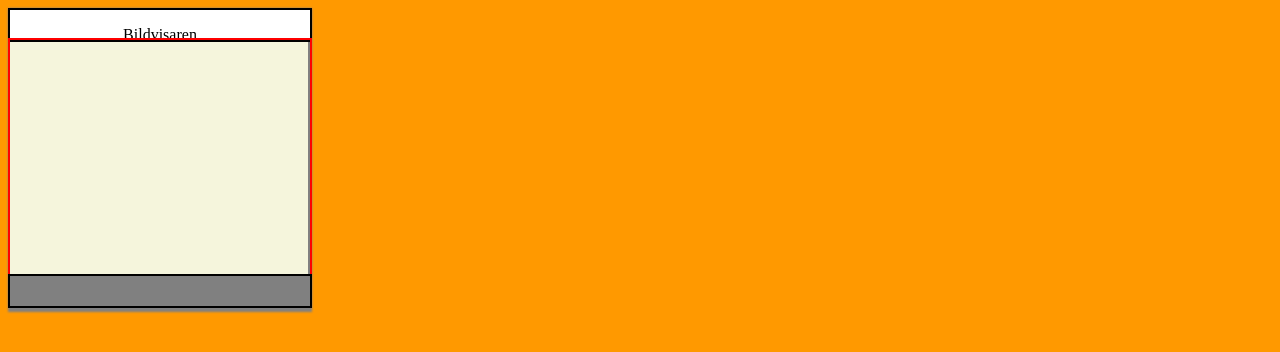
Repository: mi222ep/1dv403-laborationer
Page: 5-projektet/index.html
The author's editor kept a record of every edit. The page is drawn from the files as they stood at one moment, then again after the next edit.
The browser window is 1280 px wide. The pictures show the whole page.
The page's requests for data from a server got no answer.

Above is the page before.

After the next edit:
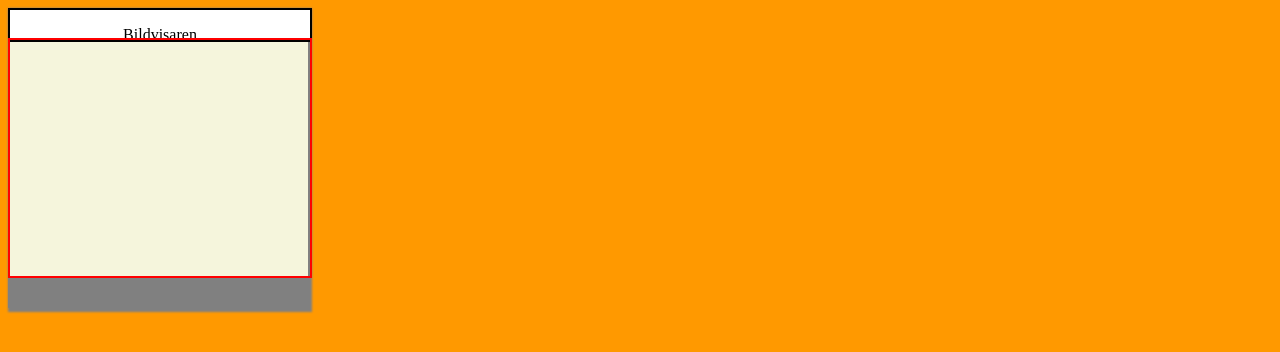
The edit:
--- a/5-projektet/css/style.css
+++ b/5-projektet/css/style.css
@@ -85,5 +85,4 @@
     position: absolute;
     bottom: 0;
     height: 30px;
-    border: 2px solid black;
 }
